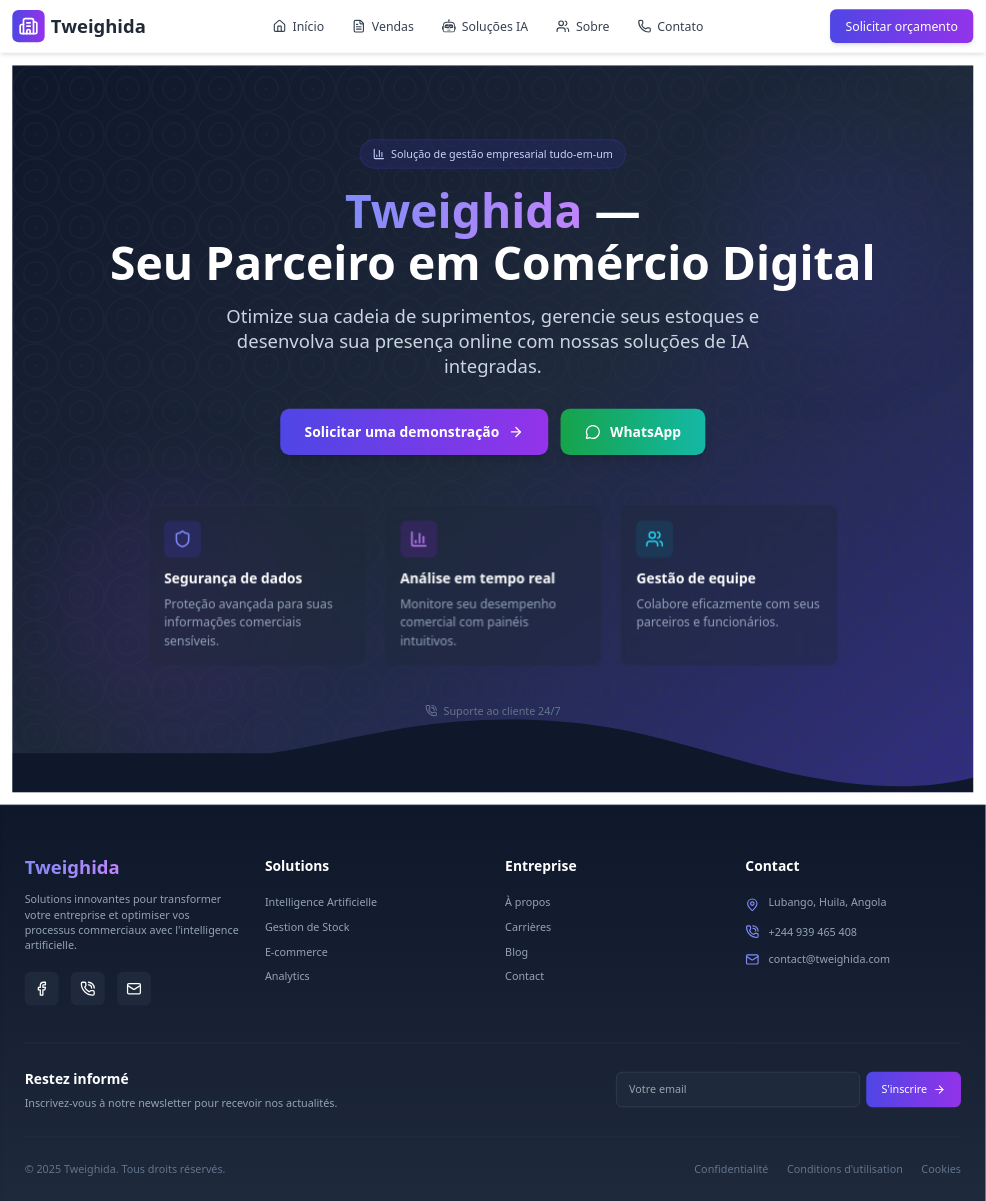
Repository: lamatmed/Tweighida
Page: /
The author's editor kept a copy of each file at every save. The page is drawn from the files as they stood at one save, then again after the next save.
The browser window is 1280 px wide. The pictures show the whole page, at 77% of full size.
The project was rebuilt for these pictures with package versions that can differ from the ones it lists, and the page was loaded fresh each time. The framework's server and built-in components were replaced by stand-ins that run in the browser. Also part of the build but not shown: next.config.mjs.

Above is the page before, as saved 2025-09-07 15:00:31.

After the next save:
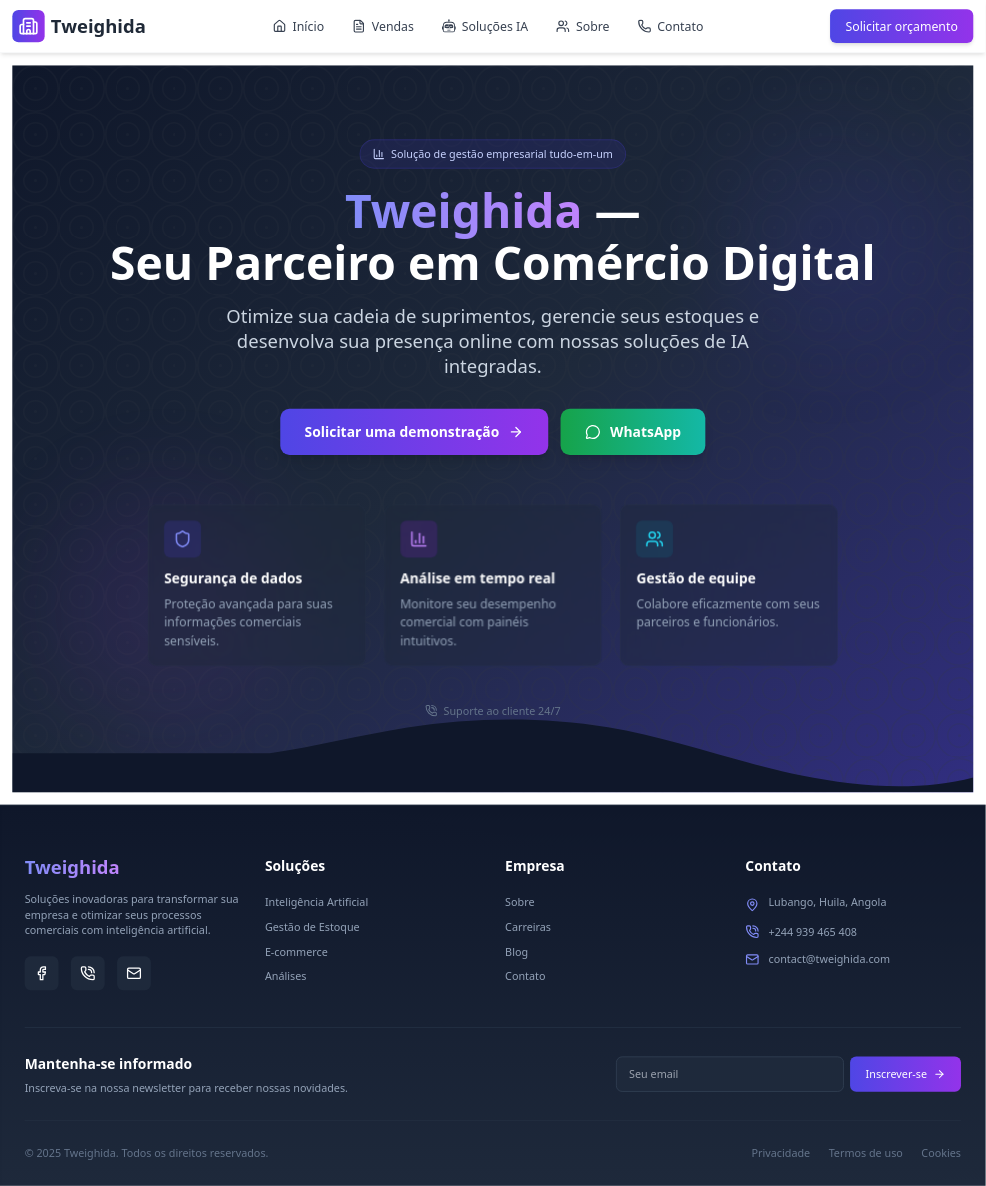
Saved 21 s later.
--- a/src/app/components/Footer.tsx
+++ b/src/app/components/Footer.tsx
@@ -13,7 +13,7 @@
               </span>
             </div>
             <p className="text-slate-400 text-sm mb-6 max-w-xs">
-              Solutions innovantes pour transformer votre entreprise et optimiser vos processus commerciaux avec l'intelligence artificielle.
+              Soluções inovadoras para transformar sua empresa e otimizar seus processos comerciais com inteligência artificial.
             </p>
             <div className="flex space-x-4">
               <a
@@ -21,7 +21,7 @@
                 target="_blank"
                 rel="noopener noreferrer"
                 className="bg-slate-800 hover:bg-indigo-600 p-3 rounded-lg transition-colors"
-                aria-label="Visitez notre page Facebook"
+                aria-label="Visite nossa página no Facebook"
               >
                 <Facebook size={20} />
               </a>
@@ -30,14 +30,14 @@
                 target="_blank"
                 rel="noopener noreferrer"
                 className="bg-slate-800 hover:bg-green-600 p-3 rounded-lg transition-colors"
-                aria-label="Contactez-nous sur WhatsApp"
+                aria-label="Entre em contato pelo WhatsApp"
               >
                 <PhoneCall size={20} />
               </a>
               <a
                 href="mailto:contact@tweighida.com"
                 className="bg-slate-800 hover:bg-cyan-600 p-3 rounded-lg transition-colors"
-                aria-label="Envoyez-nous un email"
+                aria-label="Envie-nos um email"
               >
                 <Mail size={20} />
               </a>
@@ -46,29 +46,29 @@
 
           {/* Solutions */}
           <div>
-            <h3 className="font-semibold text-lg mb-6 text-white">Solutions</h3>
+            <h3 className="font-semibold text-lg mb-6 text-white">Soluções</h3>
             <ul className="space-y-3">
-              <li><a href="/solutions/ia" className="text-slate-400 hover:text-indigo-400 text-sm flex items-center gap-2 transition-colors">Intelligence Artificielle</a></li>
-              <li><a href="/solutions/gestion" className="text-slate-400 hover:text-indigo-400 text-sm flex items-center gap-2 transition-colors">Gestion de Stock</a></li>
+              <li><a href="/solutions/ia" className="text-slate-400 hover:text-indigo-400 text-sm flex items-center gap-2 transition-colors">Inteligência Artificial</a></li>
+              <li><a href="/solutions/gestion" className="text-slate-400 hover:text-indigo-400 text-sm flex items-center gap-2 transition-colors">Gestão de Estoque</a></li>
               <li><a href="/solutions/ecommerce" className="text-slate-400 hover:text-indigo-400 text-sm flex items-center gap-2 transition-colors">E-commerce</a></li>
-              <li><a href="/solutions/analytics" className="text-slate-400 hover:text-indigo-400 text-sm flex items-center gap-2 transition-colors">Analytics</a></li>
+              <li><a href="/solutions/analytics" className="text-slate-400 hover:text-indigo-400 text-sm flex items-center gap-2 transition-colors">Análises</a></li>
             </ul>
           </div>
 
-          {/* Entreprise */}
+          {/* Empresa */}
           <div>
-            <h3 className="font-semibold text-lg mb-6 text-white">Entreprise</h3>
+            <h3 className="font-semibold text-lg mb-6 text-white">Empresa</h3>
             <ul className="space-y-3">
-              <li><a href="/about" className="text-slate-400 hover:text-indigo-400 text-sm flex items-center gap-2 transition-colors">À propos</a></li>
-              <li><a href="/careers" className="text-slate-400 hover:text-indigo-400 text-sm flex items-center gap-2 transition-colors">Carrières</a></li>
+              <li><a href="/about" className="text-slate-400 hover:text-indigo-400 text-sm flex items-center gap-2 transition-colors">Sobre</a></li>
+              <li><a href="/careers" className="text-slate-400 hover:text-indigo-400 text-sm flex items-center gap-2 transition-colors">Carreiras</a></li>
               <li><a href="/blog" className="text-slate-400 hover:text-indigo-400 text-sm flex items-center gap-2 transition-colors">Blog</a></li>
-              <li><a href="/contact" className="text-slate-400 hover:text-indigo-400 text-sm flex items-center gap-2 transition-colors">Contact</a></li>
+              <li><a href="/contact" className="text-slate-400 hover:text-indigo-400 text-sm flex items-center gap-2 transition-colors">Contato</a></li>
             </ul>
           </div>
 
           {/* Contact Info */}
           <div>
-            <h3 className="font-semibold text-lg mb-6 text-white">Contact</h3>
+            <h3 className="font-semibold text-lg mb-6 text-white">Contato</h3>
             <div className="space-y-4">
               <div className="flex items-start gap-3">
                 <MapPin size={18} className="text-indigo-400 mt-1 flex-shrink-0" />
@@ -90,14 +90,14 @@
         <div className="border-t border-slate-700/50 pt-8 mb-8">
           <div className="flex flex-col md:flex-row justify-between items-center gap-6">
             <div className="flex-1">
-              <h3 className="font-semibold text-lg mb-2 text-white">Restez informé</h3>
-              <p className="text-slate-400 text-sm">Inscrivez-vous à notre newsletter pour recevoir nos actualités.</p>
+              <h3 className="font-semibold text-lg mb-2 text-white">Mantenha-se informado</h3>
+              <p className="text-slate-400 text-sm">Inscreva-se na nossa newsletter para receber nossas novidades.</p>
             </div>
             <div className="flex-1 w-full max-w-md">
               <form className="flex gap-2">
                 <input
                   type="email"
-                  placeholder="Votre email"
+                  placeholder="Seu email"
                   className="bg-slate-800 border border-slate-700 rounded-lg px-4 py-3 text-sm text-white focus:outline-none focus:ring-2 focus:ring-indigo-500 flex-1"
                   required
                 />
@@ -105,7 +105,7 @@
                   type="submit"
                   className="bg-gradient-to-r from-indigo-600 to-purple-600 text-white px-5 py-3 rounded-lg font-medium text-sm hover:shadow-lg transition-shadow flex items-center gap-2"
                 >
-                  S'inscrire <ArrowRight size={16} />
+                  Inscrever-se <ArrowRight size={16} />
                 </button>
               </form>
             </div>
@@ -115,14 +115,14 @@
         {/* Copyright */}
         <div className="border-t border-slate-700/30 pt-8 flex flex-col md:flex-row justify-between items-center">
           <p className="text-slate-500 text-sm text-center md:text-left mb-4 md:mb-0">
-            © {new Date().getFullYear()} Tweighida. Tous droits réservés.
+            © {new Date().getFullYear()} Tweighida. Todos os direitos reservados.
           </p>
           <div className="flex items-center gap-6">
             <a href="/privacy" className="text-slate-500 hover:text-indigo-400 text-sm transition-colors">
-              Confidentialité
+              Privacidade
             </a>
             <a href="/terms" className="text-slate-500 hover:text-indigo-400 text-sm transition-colors">
-              Conditions d'utilisation
+              Termos de uso
             </a>
             <a href="/cookies" className="text-slate-500 hover:text-indigo-400 text-sm transition-colors">
               Cookies
